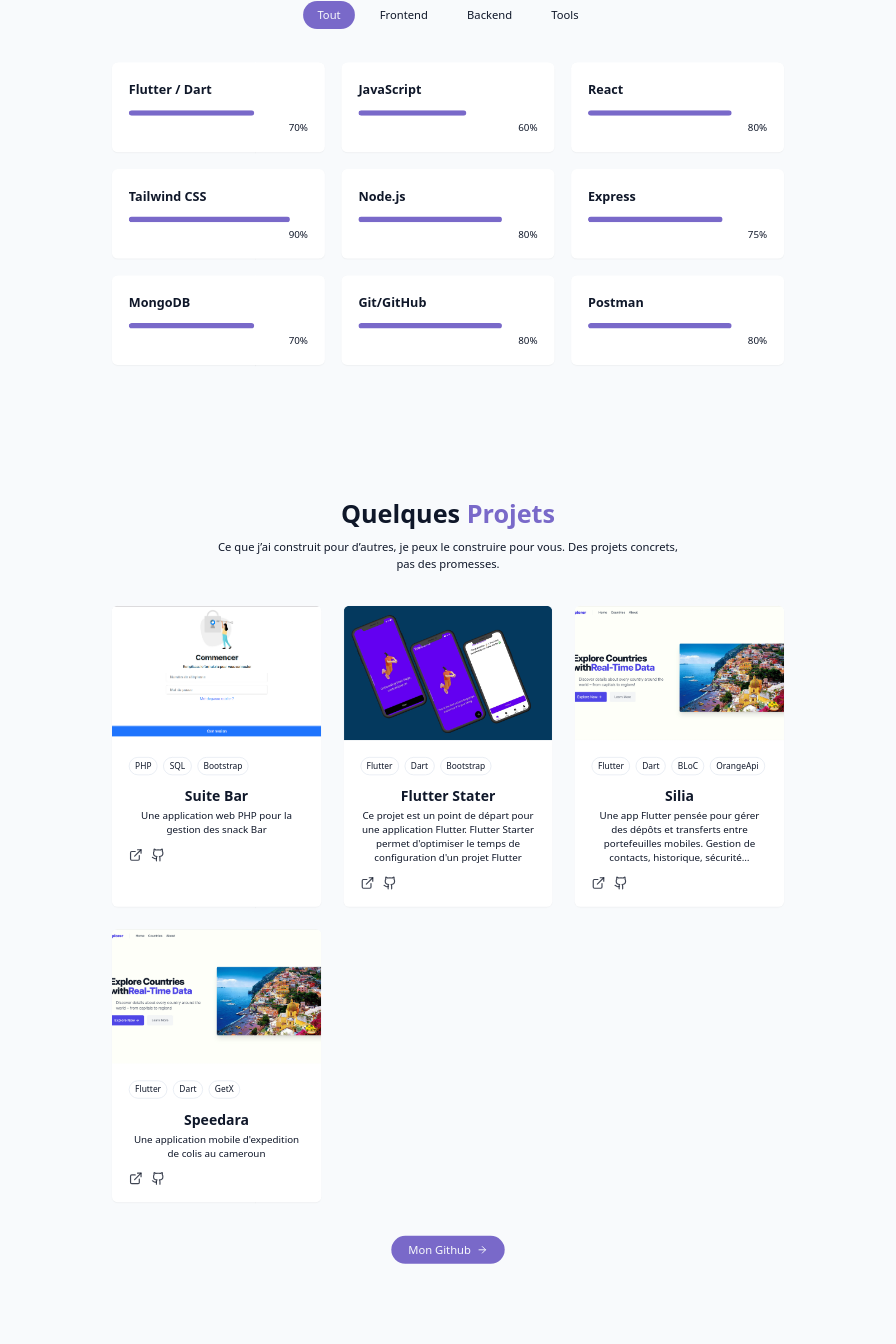
Repository: KOMI18/komi-folio
Page: /
These files come from the project's save history. The page is drawn as it stood at one moment and after the next save; the edit follows.
The browser window is 1280 px wide. The pictures show the part of the page from y = 3309 to 5229 px (the page is 6215 px tall), at 70% of full size.
The project was rebuilt for these pictures with package versions that can differ from the ones it lists, and the page was loaded fresh each time. Also part of the build but not shown: vite.config.js, src/pages/NotFound.jsx.

Above is the page before, as saved 2025-06-27 22:21:40.

### index.html
<!doctype html>
<html lang="en">
  <head>
    <meta charset="UTF-8" />
    <link rel="icon" type="image/svg+xml" href="" />
    <meta name="viewport" content="width=device-width, initial-scale=1.0" />
    <title>Parfait Kom</title>
  </head>
  <body>
    <div id="root"></div>
    <script type="module" src="/src/main.jsx"></script>
  </body>
</html>

### src/pages/Home.jsx
import { Navbar } from "../components/Navbar";
import { ThemeToggle } from "../components/ThemeToggle";
import { StarBackground } from "@/components/StarBackground";
import { HeroSection } from "../components/HeroSection";
import { AboutSection } from "../components/AboutSection";
import { SkillsSection } from "../components/SkillsSection";
import { ProjectsSection } from "../components/ProjectsSection";
import { ContactSection } from "../components/ContactSection";
import { Footer } from "../components/Footer";
import {ExperienceSection} from "../components/ExperianceSection"
import { ExpertiseSection } from "../components/ExpertiseSection";
export const Home = () => {
  return (
    <div className="min-h-screen bg-background text-foreground overflow-x-hidden">
      {/* Theme Toggle */}
      <ThemeToggle />
      {/* Background Effects */}
      <StarBackground />

      {/* Navbar */}
      <Navbar />
      {/* Main Content */}
      <main>
        <HeroSection />
        <AboutSection />
        <ExpertiseSection/>
        <ExperienceSection/>
        <SkillsSection />
        <ProjectsSection />
        <ContactSection />
      </main>

      {/* Footer */}
      <Footer />
    </div>
  );
};

### src/components/ui/toaster.jsx
import { useToast } from "@/hooks/use-toast";
import {
  Toast,
  ToastClose,
  ToastDescription,
  ToastProvider,
  ToastTitle,
  ToastViewport,
} from "@/components/ui/toast";

export function Toaster() {
  const { toasts } = useToast();

  return (
    <ToastProvider>
      {toasts.map(function ({ id, title, description, action, ...props }) {
        return (
          <Toast key={id} {...props}>
            <div className="grid gap-1">
              {title && <ToastTitle>{title}</ToastTitle>}
              {description && (
                <ToastDescription>{description}</ToastDescription>
              )}
            </div>
            {action}
            <ToastClose />
          </Toast>
        );
      })}
      <ToastViewport />
    </ToastProvider>
  );
}

### src/components/Navbar.jsx
import { cn } from "@/lib/utils";
import { Menu, X } from "lucide-react";
import { useEffect, useState } from "react";
import { ThemeToggle } from "../components/ThemeToggle";

const navItems = [
  { name: "Home", href: "#hero" },
  { name: "A Propos", href: "#about" },
  { name: "Experience", href: "#experience" },
  { name: "Competences", href: "#skills" },
  { name: "Projets", href: "#projects" },
  { name: "Contact", href: "#contact" },


];

export const Navbar = () => {
  const [isScrolled, setIsScrolled] = useState(false);
  const [isMenuOpen, setIsMenuOpen] = useState(false);

  useEffect(() => {
    const handleScroll = () => {
      setIsScrolled(window.screenY > 10);
    };

    window.addEventListener("scroll", handleScroll);
    return () => window.removeEventListener("scroll", handleScroll);
  }, []);
  return (
    <nav
      className={cn(
        "fixed w-full z-40 transition-all duration-300",
        isScrolled ? "py-3 bg-background/80 backdrop-blur-md shadow-xs" : "py-5"
      )}
    >
      <div className="container flex items-center justify-between">
        <a
          className="text-xl font-bold text-primary flex items-center"
          href="#hero"
        >
          <span className="relative z-10">
            <span className="text-glow text-foreground"> Parfait  </span>{" "}
            Kom
          </span>
        </a>

        {/* desktop nav */}
        <div className="hidden md:flex space-x-8">
          {navItems.map((item, key) => (
            <a
              key={key}
              href={item.href}
              className="text-foreground/80 hover:text-primary transition-colors duration-300"
            >
              {item.name}
            </a>
          ))}
        </div>

        {/* mobile nav */}

        <div className="md:flex  md:justify-end">
          <ThemeToggle />

          <button
            onClick={() => setIsMenuOpen((prev) => !prev)}
            className="md:hidden p-2 text-foreground z-50"
            aria-label={isMenuOpen ? "   Menu" : "Open Menu"}
          >
            {isMenuOpen ? <X size={24} /> : <Menu size={24} />}{" "}
          </button>
        </div>
        <div
          className={cn(
            "fixed inset-0 bg-background/95 backdroup-blur-md z-40 flex flex-col items-center justify-center",
            "transition-all duration-300 md:hidden",
            isMenuOpen
              ? "opacity-100 pointer-events-auto"
              : "opacity-0 pointer-events-none"
          )}
        >
          <div className="flex flex-col space-y-8 text-xl">
            {navItems.map((item, key) => (
              <a
                key={key}
                href={item.href}
                className="text-foreground/80 hover:text-primary transition-colors duration-300"
                onClick={() => setIsMenuOpen(false)}
              >
                {item.name}
              </a>
            ))}
          </div>
        </div>
      </div>
    </nav>
  );
};

### src/components/ThemeToggle.jsx
import { Moon, Sun } from "lucide-react";
import { useEffect, useState } from "react";
import { cn } from "@/lib/utils";

export const ThemeToggle = () => {
  const [isDarkMode, setIsDarkMode] = useState(false);

  useEffect(() => {
    const storedTheme = localStorage.getItem("theme");
    if (storedTheme === "dark") {
      setIsDarkMode(true);
      document.documentElement.classList.add("dark");
    } else {
      localStorage.setItem("theme", "light");
      setIsDarkMode(false);
    }
  }, []);

  const toggleTheme = () => {
    if (isDarkMode) {
      document.documentElement.classList.remove("dark");
      localStorage.setItem("theme", "light");
      setIsDarkMode(false);
    } else {
      document.documentElement.classList.add("dark");
      localStorage.setItem("theme", "dark");
      setIsDarkMode(true);
    }
  };

  return (
    <button
      onClick={toggleTheme}
      className={cn(
        "fixed max-sm:hidden top-5 right-5 z-50 p-2 rounded-full transition-colors duration-300",
        "focus:outlin-hidden"
      )}
    >
      {isDarkMode ? (
        <Sun className="h-6 w-6 text-yellow-300" />
      ) : (
        <Moon className="h-6 w-6 text-blue-900" />
      )}
    </button>
  );
};

### src/components/StarBackground.jsx
import { useEffect, useState } from "react";

// id, size, x, y, opacity, animationDuration
// id, size, x, y, delay, animationDuration

export const StarBackground = () => {
  const [stars, setStars] = useState([]);
  const [meteors, setMeteors] = useState([]);

  useEffect(() => {
    generateStars();
    generateMeteors();

    const handleResize = () => {
      generateStars();
    };

    window.addEventListener("resize", handleResize);

    return () => window.removeEventListener("resize", handleResize);
  }, []);

  const generateStars = () => {
    const numberOfStars = Math.floor(
      (window.innerWidth * window.innerHeight) / 10000
    );

    const newStars = [];

    for (let i = 0; i < numberOfStars; i++) {
      newStars.push({
        id: i,
        size: Math.random() * 3 + 1,
        x: Math.random() * 100,
        y: Math.random() * 100,
        opacity: Math.random() * 0.5 + 0.5,
        animationDuration: Math.random() * 4 + 2,
      });
    }

    setStars(newStars);
  };

  const generateMeteors = () => {
    const numberOfMeteors = 4;
    const newMeteors = [];

    for (let i = 0; i < numberOfMeteors; i++) {
      newMeteors.push({
        id: i,
        size: Math.random() * 2 + 1,
        x: Math.random() * 100,
        y: Math.random() * 20,
        delay: Math.random() * 15,
        animationDuration: Math.random() * 3 + 3,
      });
    }

    setMeteors(newMeteors);
  };

  return (
    <div className="fixed inset-0 overflow-hidden pointer-events-none z-0">
      {stars.map((star) => (
        <div
          key={star.id}
          className="star animate-pulse-subtle"
          style={{
            width: star.size + "px",
            height: star.size + "px",
            left: star.x + "%",
            top: star.y + "%",
            opacity: star.opacity,
            animationDuration: star.animationDuration + "s",
          }}
        />
      ))}

      {meteors.map((meteor) => (
        <div
          key={meteor.id}
          className="meteor animate-meteor"
          style={{
            width: meteor.size * 50 + "px",
            height: meteor.size * 2 + "px",
            left: meteor.x + "%",
            top: meteor.y + "%",
            animationDelay: meteor.delay,
            animationDuration: meteor.animationDuration + "s",
          }}
        />
      ))}
    </div>
  );
};

### src/components/AboutSection.jsx

import { ArrowRight , Image} from "lucide-react";

export const AboutSection = () => {
  return (
    <section id="about" className="py-24 px-4 bg-background">
       <h2 className="text-3xl md:text-4xl font-bold mb-4 py-4 text-center">
          {" "}
          A <span className="text-primary">Propos</span>
        </h2>
      <div className="container mx-auto max-w-5xl grid grid-cols-1 md:grid-cols-2  gap-12 items-center">
        {/* Image */}
        <div className="order-first md:order-last flex justify-center md:justify-start">
          <div className="w-40 h-40 sm:w-80 sm:h-80 md:w-[500px] md:h-[500px] lg:w-[600px] lg:h-[600px] relative transform rotate-3 rounded-xl overflow-hidden border-4 border-primary shadow-lg transition-transform duration-500 hover:scale-105">
            <img
              src="/projects/parfaitkom.jpeg"
              alt="Parfait Kom"
              className="w-full h-full object-cover"
              width={500}
              height={500}
            />
          </div>
        </div>
        {/* Content */}
        <div className="space-y-6">
          <h2 className="text-3xl md:text-4xl font-bold text-left  md:text-left">
            Je transforme les idées en solutions qui bossent 24h/24 pour vous.
          </h2>

          <p className="text-muted-foreground text-left md:text-left">
            Je suis Parfait Kom, développeur mobile & web indépendant. Je construis des applications solides et utiles pour les PME et entrepreneurs du monde entier. Mon objectif ? Livrer des solutions concrètes, efficaces, sans blabla inutile. Du code propre, des résultats mesurables, et un vrai sens du travail bien fait.
          </p>

          <p className="text-muted-foreground text-left md:text-left">
            Mon approche est simple : comprendre rapidement vos enjeux, proposer des idées concrètes, et livrer des résultats de qualité. Pas de jargon. Pas de perte de temps. Juste du travail bien fait, avec méthode, passion et efficacité.
          </p>

          <div className="flex flex-col sm:flex-row gap-4 pt-2">
            <a href="#contact" className="cosmic-button">
              Entrer en contact
            </a>

            <a
              href="/docs/Parfait_Kom_CV.pdf"
              download
              className="px-6 py-2 rounded-full border border-primary text-primary hover:bg-primary/10 transition-colors duration-300 flex items-center gap-2"
            >
              Télécharger mon CV <ArrowRight className="w-4 h-4" />
            </a>
          </div>
        </div>
      </div>
    </section>
  );
};

export default AboutSection;

### src/components/SkillsSection.jsx
import { useState } from "react";
import { cn } from "@/lib/utils";

const skills = [
  // Frontend
  { name: "Flutter / Dart", level: 70, category: "frontend" },
  { name: "JavaScript", level: 60, category: "frontend" },
  { name: "React", level: 80, category: "frontend" },
  { name: "Tailwind CSS", level: 90, category: "frontend" },


  // Backend
  { name: "Node.js", level: 80, category: "backend" },
  { name: "Express", level: 75, category: "backend" },
  { name: "MongoDB", level: 70, category: "backend" },

  // Tools
  { name: "Git/GitHub", level: 80, category: "tools" },
  { name: "Postman", level: 80, category: "tools" },
];

const categories = ["Tout", "frontend", "backend", "tools"];

export const SkillsSection = () => {
  const [activeCategory, setActiveCategory] = useState("Tout");

  const filteredSkills = skills.filter(
    (skill) => activeCategory === "Tout" || skill.category === activeCategory
  );
  return (
    <section id="skills" className="py-24 px-4 relative bg-secondary/30">
      <div className="container mx-auto max-w-5xl">
        <h2 className="text-3xl md:text-4xl font-bold mb-12 text-center">
        Mes  <span className="text-primary"> compétences</span>
        </h2>

        <div className="flex flex-wrap justify-center gap-4 mb-12">
          {categories.map((category, key) => (
            <button
              key={key}
              onClick={() => setActiveCategory(category)}
              className={cn(
                "px-5 py-2 rounded-full transition-colors duration-300 capitalize",
                activeCategory === category
                  ? "bg-primary text-primary-foreground"
                  : "bg-secondary/70 text-forefround hover:bd-secondary"
              )}
            >
              {category}
            </button>
          ))}
        </div>

        <div className="grid grid-cols-1 sm:grid-cols-2 lg:grid-cols-3 gap-6">
          {filteredSkills.map((skill, key) => (
            <div
              key={key}
              className="bg-card p-6 rounded-lg shadow-xs card-hover"
            >
              <div className="text-left mb-4">
                <h3 className="font-semibold text-lg"> {skill.name}</h3>
              </div>
              <div className="w-full bg-secondary/50 h-2 rounded-full overflow-hidden">
                <div
                  className="bg-primary h-2 rounded-full origin-left animate-[grow_1.5s_ease-out]"
                  style={{ width: skill.level + "%" }}
                />
              </div>

              <div className="text-right mt-1">
                <span className="text-sm text-muted-foreground">
                  {skill.level}%
                </span>
              </div>
            </div>
          ))}
        </div>
      </div>
    </section>
  );
};

### src/components/ProjectsSection.jsx
import { ArrowRight, ExternalLink, Github } from "lucide-react";

const projects = [
  {
    id: 1,
    title: "Suite Bar ",
    description:
      "Une application web PHP pour la gestion des snack Bar",
    image: "/projects/suite.png",
    tags: ["PHP", "SQL", "Bootstrap"],
    demoUrl: "https://cosmopharmalindustry.com/bragherstudio.suite-ba/pages/user_login.php",
    githubUrl: "#",
  },
  {
    id: 2,
    title: "Flutter Stater",
    description:
      "Ce projet est un point de départ pour une application Flutter. Flutter Starter permet d'optimiser le temps de configuration d'un projet Flutter",
    image: "/projects/starter.png",
    tags: ["Flutter", "Dart", "Bootstrap"],
    demoUrl: "#",
    githubUrl: "https://github.com/KOMI18/flutter_starter/tree/master",
  },
  {
    id: 2,
    title: "Silia",
    description:
      "Une app Flutter pensée pour gérer des dépôts et transferts entre portefeuilles mobiles. Gestion de contacts, historique, sécurité…",
    image: "/projects/project3.png",
    tags: ["Flutter", "Dart", "BLoC" , "OrangeApi"],
    demoUrl: "#",
    githubUrl: "#",
  },
  {
    id: 3,
    title: "Speedara",
    description:
      "Une application mobile d'expedition de colis au cameroun",
    image: "/projects/project3.png",
    tags: ["Flutter", "Dart", "GetX" ],
    demoUrl: "#",
    githubUrl: "#",
  },
];

export const ProjectsSection = () => {
  return (
    <section id="projects" className="py-24 px-4 relative">
      <div className="container mx-auto max-w-5xl">
        <h2 className="text-3xl md:text-4xl font-bold mb-4 text-center">
          {" "}
          Quelques <span className="text-primary">Projets</span>
        </h2>

        <p className="text-center text-muted-foreground mb-12 max-w-2xl mx-auto">
          Ce que j’ai construit pour d’autres, je peux le construire pour vous.
          {" "}
          Des projets concrets, pas des promesses.
        </p>

        <div className="grid grid-cols-1 md:grid-cols-2 lg:grid-cols-3 gap-8">
          {projects.map((project, key) => (
            <div
              key={key}
              className="group bg-card rounded-lg overflow-hidden shadow-xs card-hover"
            >
              <div className="h-48 overflow-hidden">
                <img
                  src={project.image}
                  alt={project.title}
                  className="w-full h-full object-cover transition-transform duration-500 group-hover:scale-110"
                />
              </div>

              <div className="p-6">
                <div className="flex flex-wrap gap-2 mb-4">
                  {project.tags.map((tag) => (
                    <span className="px-2 py-1 text-xs font-medium border rounded-full bg-secondary text-secondary-foreground">
                      {tag}
                    </span>
                  ))}
                </div>

                <h3 className="text-xl font-semibold mb-1"> {project.title}</h3>
                <p className="text-muted-foreground text-sm mb-4">
                  {project.description}
                </p>
                <div className="flex justify-between items-center">
                  <div className="flex space-x-3">
                    <a
                      href={project.demoUrl}
                      target="_blank"
                      className="text-foreground/80 hover:text-primary transition-colors duration-300"
                    >
                      <ExternalLink size={20} />
                    </a>
                    <a
                      href={project.githubUrl}
                      target="_blank"
                      className="text-foreground/80 hover:text-primary transition-colors duration-300"
                    >
                      <Github size={20} />
                    </a>
                  </div>
                </div>
              </div>
            </div>
          ))}
        </div>
        <div className="text-center mt-12">
          <a
            className="cosmic-button w-fit flex items-center mx-auto gap-2"
            target="_blank"
            href="https://github.com/KOMI18"
          >
             Mon Github <ArrowRight size={16} />
          </a>
        </div>
      </div>
    </section>
  );
};

### src/components/Footer.jsx
import { ArrowUp } from "lucide-react";

export const Footer = () => {
  return (
    <footer className="py-12 px-4 bg-card relative border-t border-border mt-12 pt-8 flex flex-wrap justify-between items-center">
      {" "}
      <p className="text-sm text-muted-foreground">
        {" "}
        &copy; {new Date().getFullYear()} Parfait Kom . All rights reserved.
      </p>
      <a
        href="#hero"
        className="p-2 rounded-full bg-primary/10 hover:bg-primary/20 text-primary transition-colors"
      >
        <ArrowUp size={20} />
      </a>
    </footer>
  );
};

### src/components/ExpertiseSection.jsx
import { useEffect } from "react";
import { Code, User, Briefcase } from "lucide-react";

export const ExpertiseSection = () => {
  const services = [
    {
      icon: <Code className="h-6 w-6 text-primary" />,
      title: "Développement Web",
      description:
        "Des sites solides, rapides, pensés pour convaincre et performer. Rien n'est laissé au hasard."
    },
    {
      icon: <User className="h-6 w-6 text-primary" />,
      title: "Développement Mobile",
      description:
        "Des applications mobiles modernes, stables et fluides. Pensées pour vos utilisateurs, conçues pour durer."
    },
    {
      icon: <Briefcase className="h-6 w-6 text-primary" />,
      title: "Refonte de Site Web",
      description:
        "Un site obsolète, c’est un frein. Je repense, restructure et redonne vie à votre présence en ligne."
    }
  ];

  useEffect(() => {
    const observer = new IntersectionObserver(
      (entries) => {
        entries.forEach((entry) => {
          if (entry.isIntersecting) {
            entry.target.classList.add("animate-fade-in-up");
            observer.unobserve(entry.target);
          }
        });
      },
      { threshold: 0.2 }
    );

    const cards = document.querySelectorAll(".expertise-card");
    cards.forEach((card) => observer.observe(card));

    return () => observer.disconnect();
  }, []);

  return (
    <section id="expertise" className="py-24 px-4 bg-background">
      <div className="container max-w-5xl mx-auto text-center">
        <h2 className="text-3xl md:text-4xl font-bold mb-16">
          Mes <span className="text-primary">Expertises</span>
        </h2>

        <div className="grid grid-cols-1 md:grid-cols-3 gap-8 items-end">
          {services.map((service, index) => (
            <div
              key={index}
              className="expertise-card opacity-0 transition-opacity duration-700 ease-out translate-y-4 relative z-10 bg-card border border-border rounded-xl p-6 shadow-md hover:shadow-lg flex flex-col justify-between"
            >
              <div>
                <div className="absolute -top-4 left-1/2 -translate-x-1/2 bg-background px-3 py-1 rounded-full border border-primary text-primary text-sm font-medium shadow">
                  {service.title}
                </div>
                <div className="flex flex-col items-center pt-10 space-y-4">
                  <div className="p-3 rounded-full bg-primary/10">{service.icon}</div>
                  <p className="text-muted-foreground text-sm text-center">
                    {service.description}
                  </p>
                </div>
              </div>
              {index < services.length  && (
                <svg
                  viewBox="0 0 100 50"
                  preserveAspectRatio="none"
                  className="w-full h-8 mt-4"
                >
                  <path
                    d="M0 0 C 50 50, 50 50, 100 0"
                    stroke="#6366f1"
                    strokeWidth="2"
                    fill="none"
                    strokeDasharray="6 4"
                  />
                </svg>
              )}
            </div>
          ))}
        </div>
      </div>
    </section>
  );
};

Loaded but not shown: src/main.jsx (common file); src/App.jsx (common file); src/lib/utils.js (common file); src/hooks/use-toast.js (144 lines, source omitted); src/components/ContactSection.jsx (186 lines, source omitted); src/components/ExperianceSection.jsx (117 lines, source omitted); src/components/ui/toast.jsx (102 lines, source omitted); src/index.css (183 lines, source omitted); src/components/HeroSection.jsx (82 lines, source omitted)

After the next save:
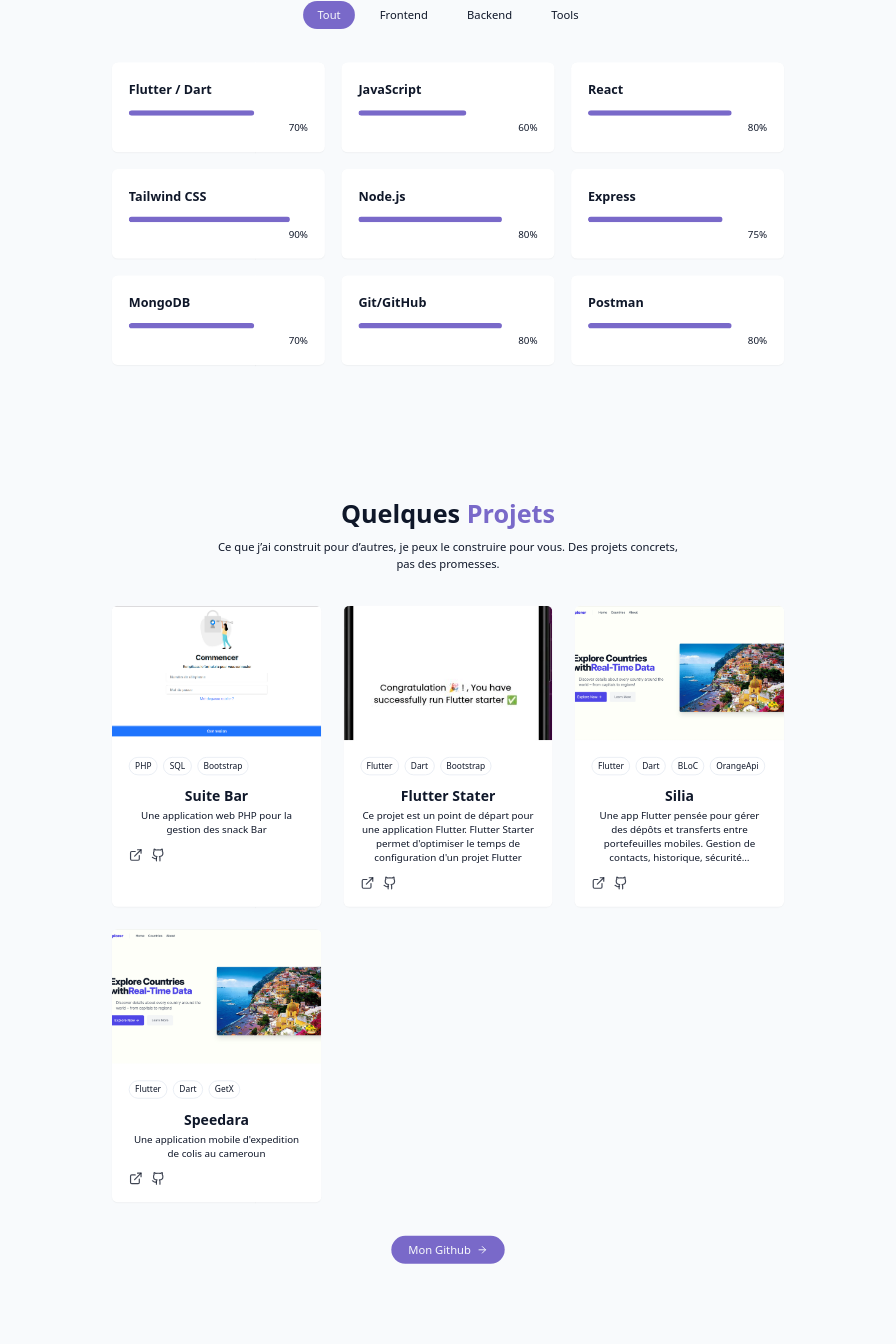
Saved 8 s later.
--- a/src/components/ProjectsSection.jsx
+++ b/src/components/ProjectsSection.jsx
@@ -16,7 +16,7 @@ const projects = [
     title: "Flutter Stater",
     description:
       "Ce projet est un point de départ pour une application Flutter. Flutter Starter permet d'optimiser le temps de configuration d'un projet Flutter",
-    image: "/projects/starter.png",
+    image: "/projects/starter.jpeg",
     tags: ["Flutter", "Dart", "Bootstrap"],
     demoUrl: "#",
     githubUrl: "https://github.com/KOMI18/flutter_starter/tree/master",
